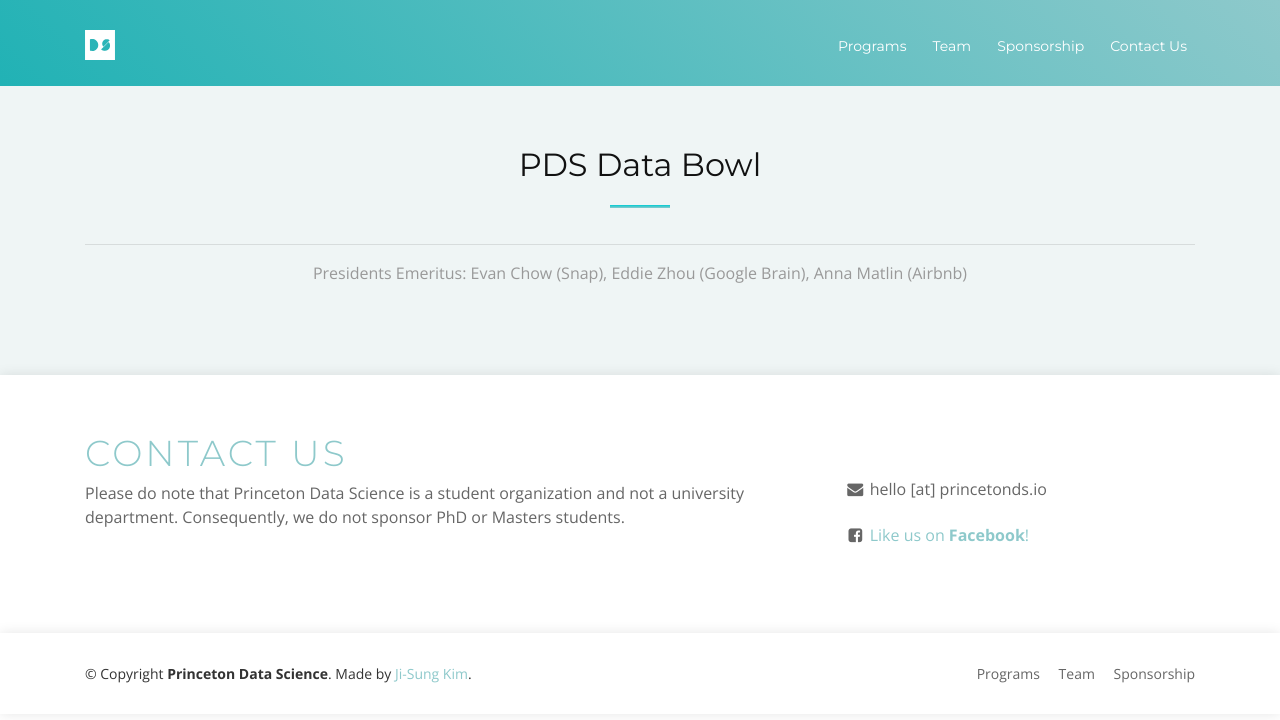
Repository: princetonds/princetonds.github.io
Page: team2.html
These files come from the project's save history. The page is drawn as it stood at one moment and after the next save; the edit follows.
The browser window is 1280 px wide. The pictures show the whole page.

Above is the page before, as saved 2021-03-20 03:03:02.
Console error: TypeError: Cannot read properties of null (reading 'innerHTML')

### team2.html
<!DOCTYPE html>
<html lang="en">
<head>
  <meta charset="utf-8">
  <title>Princeton Data Science (PDS)</title>
  <meta content="width=device-width, initial-scale=1.0" name="viewport">
  <meta content="" name="keywords">
  <meta content="" name="description">

  <!-- Favicons (created with http://realfavicongenerator.net/)-->
  <link rel="apple-touch-icon" sizes="180x180" href="/img/favicons/apple-touch-icon.png">
  <link rel="icon" type="image/png" href="/img/favicons/favicon-32x32.png" sizes="32x32">
  <link rel="icon" type="image/png" href="/img/favicons/favicon-16x16.png" sizes="16x16">
  <link rel="manifest" href="/img/favicons/manifest.json">
  <link rel="mask-icon" href="/img/favicons/safari-pinned-tab.svg" color="#49acad">
  <link rel="shortcut icon" href="/img/favicons/favicon.ico">
  <meta name="msapplication-config" content="/img/favicons/browserconfig.xml">
  <meta name="theme-color" content="#ffffff">

  <!-- Facebook Graph tags -->
  <meta property="og:url" content="https://princetonds.io" />
  <meta property="og:site_name" content="princetonds.io" />
  <meta property="og:title" content="Princeton Data Science (PDS)" />
  <meta name="og:description" content="Princeton Data Science (PDS) was founded in 2014-2015 to promote the practice and study of data science, a growing field that spans many disciplines such as statistics, machine learning, computer science, and business analytics." />
  <meta property="og:image" content="https://princetonds.io/img/500px_square_logo.png" />

  <!-- Google Fonts -->
  <link href="https://fonts.googleapis.com/css?family=Montserrat:300,400,500,700|Open+Sans:300,400,700" rel="stylesheet">

  <!-- Bootstrap CSS File -->
  <link href="lib/bootstrap/css/bootstrap.min.css" rel="stylesheet">

  <!-- Libraries CSS Files -->
  <link href="lib/animate/animate.min.css" rel="stylesheet">
  <link href="lib/font-awesome/css/font-awesome.min.css" rel="stylesheet">
  <link href="lib/magnific-popup/magnific-popup.css" rel="stylesheet">

  <!-- Main Stylesheet File -->
  <link href="css/style.css" rel="stylesheet">
  <link href="css/new.css" rel="stylesheet">
</head>

<body>

  <!--==========================
    Header
  ============================-->
  <header id="header">
    <div class="container">

      <div id="logo" class="pull-left">
        <h1><a href="#teamintro" class="scrollto"><img class="navbar-logo" src="img/inverted-logo.svg"></a></h1>
     </div>

      <nav id="nav-menu-container">
        <ul class="nav-menu">
          <li class="menu-active"><a href="https://princetonds.io">Programs</a></li>
          <li><a href="team.html">Team</a></li>
          <li><a href="media/sponsorship.pdf">Sponsorship</a></li>
          <li><a href="#contact">Contact Us</a></li>
        </ul>
      </nav><!-- #nav-menu-container -->
    </div>
  </header><!-- #header -->

  <!--==========================
    Intro Section
  ============================-->

  <!--==========================
    Intro Section
  ============================-->
  <section id="teamintro">
    <!-- <div class="team-intro-text">
      <h3>Our Team</h3>
    </div> -->
  </section>


  <!-- #intro -->


  <main id="main">


    <!--==========================
      Our Team Section
    ============================-->
    <section id="team" class="section-bg">
      <div class="container">
        <div class="section-header">
          <h3 class="section-title">PDS Data Bowl</h3>
          <span class="section-divider"></span>



        <div class="row">
          <div class="col-lg-12">
            <hr>
            <p class="presidents text-center">Presidents Emeritus: Evan Chow (Snap), Eddie Zhou (Google Brain),  Anna Matlin (Airbnb)</p>
          </div>
        </div>
      </div>


    </section><!-- #team -->

    <!--==========================
      Contact Section
    ============================-->
    <section id="contact">
      <div class="container">
        <div class="row wow fadeInUp">
          <div class="contact-about">
            <div class="col-lg-12 col-md-12">
              <h3>Contact Us</h3>
            </div>
          </div>
        </div>

        <div class="row wow fadeInUp">
          <div class="col-lg-8 col-md-6">
            <p>Please do note that Princeton Data Science is a student organization and not a university department. Consequently, we do not sponsor PhD or Masters students.</p>
          </div>
          <div class="col-lg-4 col-md-6 links">
            <p><i class="fa fa-envelope fa-fw"></i> hello [at] princetonds.io</p>
            <p><i class="fa fa-facebook-square fa-fw"></i> <a href="https://www.facebook.com/princetonds" class="facebook">Like us on <strong>Facebook</strong>!</a></p>
          </div>
        </div>
      </div>
    </section><!-- #contact -->

  </main>

  <!--==========================
    Footer
  ============================-->
  <footer id="footer">
    <div class="container">
      <div class="row">
        <div class="col-lg-6 text-lg-left text-center">
          <div class="copyright">
            &copy; Copyright <strong>Princeton Data Science</strong>. Made by <a href="https://jisungkim.com">Ji-Sung Kim</a>.
          </div>
          <div class="credits">
          </div>
        </div>
        <div class="col-lg-6">
          <nav class="footer-links text-lg-right text-center pt-2 pt-lg-0">
            <a href="#programs" class="scrollto">Programs</a>
            <a href="#team" class="scrollto">Team</a>
            <a href="media/sponsorship.pdf">Sponsorship</a>
          </nav>
        </div>
      </div>
    </div>
  </footer><!-- #footer -->

  <a href="#" class="back-to-top"><i class="fa fa-chevron-up"></i></a>

  <!-- JavaScript Libraries -->
  <script src="lib/jquery/jquery.min.js"></script>
  <script src="lib/jquery/jquery-migrate.min.js"></script>
  <script src="lib/bootstrap/js/bootstrap.bundle.min.js"></script>
  <script src="lib/easing/easing.min.js"></script>
  <script src="lib/wow/wow.min.js"></script>
  <script src="lib/superfish/hoverIntent.js"></script>
  <script src="lib/superfish/superfish.min.js"></script>
  <script src="lib/magnific-popup/magnific-popup.min.js"></script>

  <!-- Template Main Javascript File -->
  <script src="js/main.js"></script>
  <script src="js/typewriter.js"></script>

</body>
</html>

### css/new.css
.program {
    padding: 40px;
}

.program h3 {
    color: black;
    font-weight: 700;
    font-family: "Open Sans";
}

.section {
    padding-top: 100px;
}


#programs {
    padding: 60px 0;
}

#clients {
    padding: 60px 0;
}

.sponsor-title {
    padding-bottom: 15px;
}

.profile-description {
    font-size: 14px;
}

.arjun {
    font-size: 15px !important;
    line-height: 22px;
}

.links p {
    line-height: 12px;
}

.presidents {
    color: #999999;
    font-size: 16px;
}

Loaded but not shown: lib/bootstrap/css/bootstrap.min.css (library); lib/animate/animate.min.css (library); lib/font-awesome/css/font-awesome.min.css (library); lib/magnific-popup/magnific-popup.css (library); lib/jquery/jquery.min.js (library); lib/jquery/jquery-migrate.min.js (library); lib/bootstrap/js/bootstrap.bundle.min.js (library); lib/easing/easing.min.js (common file); lib/wow/wow.min.js (library); lib/superfish/hoverIntent.js (library); lib/superfish/superfish.min.js (library); lib/magnific-popup/magnific-popup.min.js (library); js/main.js (125 lines, source omitted); js/typewriter.js (28 lines, source omitted); css/style.css (1304 lines, source omitted)

After the next save:
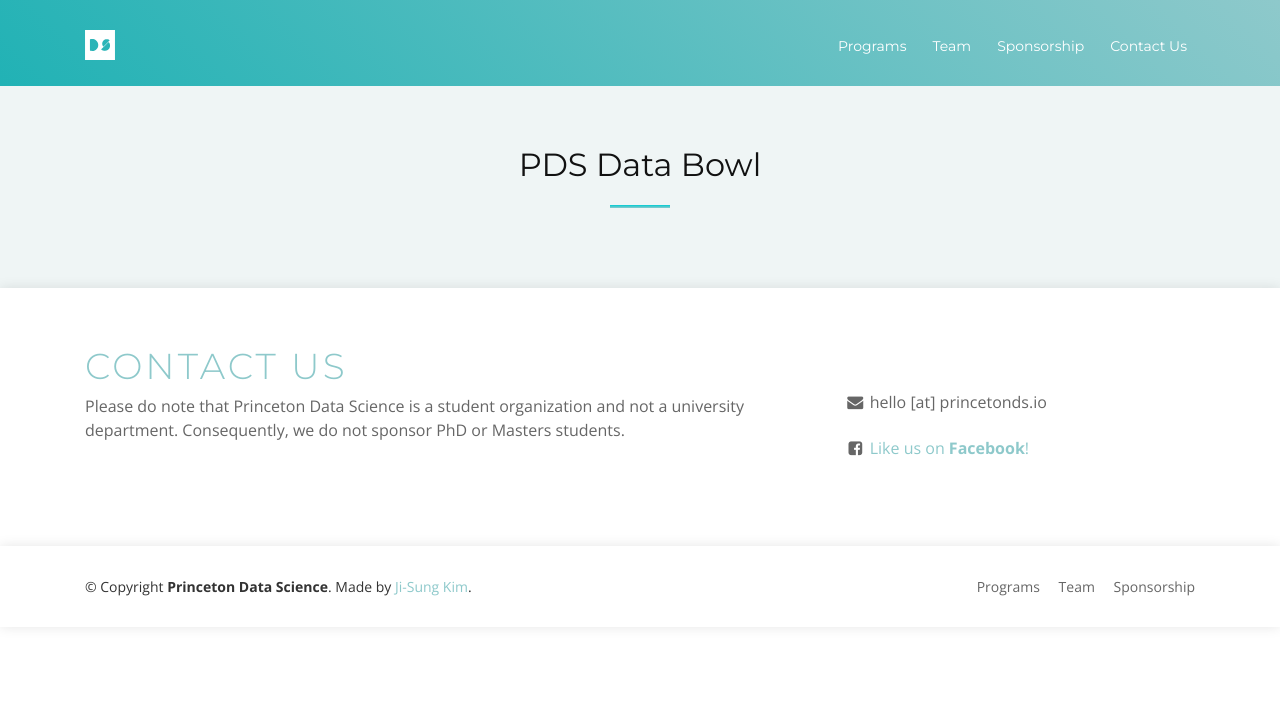
Saved 4 s later.
--- a/team2.html
+++ b/team2.html
@@ -93,16 +93,6 @@
           <span class="section-divider"></span>
 
 
-
-        <div class="row">
-          <div class="col-lg-12">
-            <hr>
-            <p class="presidents text-center">Presidents Emeritus: Evan Chow (Snap), Eddie Zhou (Google Brain),  Anna Matlin (Airbnb)</p>
-          </div>
-        </div>
-      </div>
-
-
     </section><!-- #team -->
 
     <!--==========================
